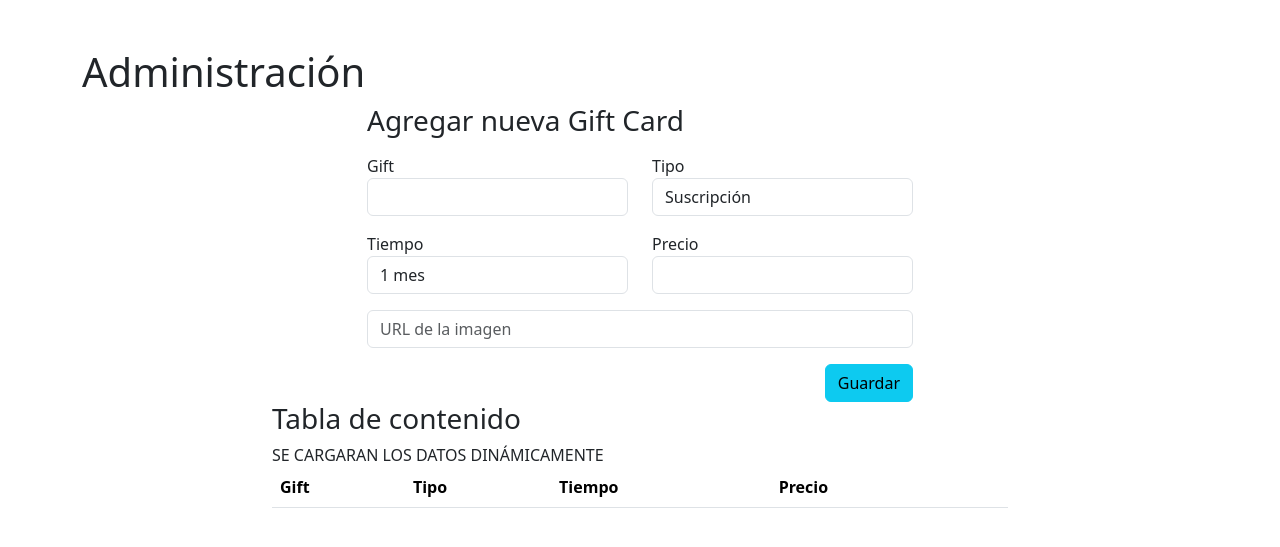
Repository: pedro-donoso/vanilla-js
Page: index.html
An editor plug-in stored every save of this project. The page is shown before and after the next save, followed by the edit.
The browser window is 1280 px wide. The pictures show the whole page.

Above is the page before, as saved 2024-02-04 23:54:46.
Console error: SyntaxError: Unexpected identifier 'assert'

After the next save:
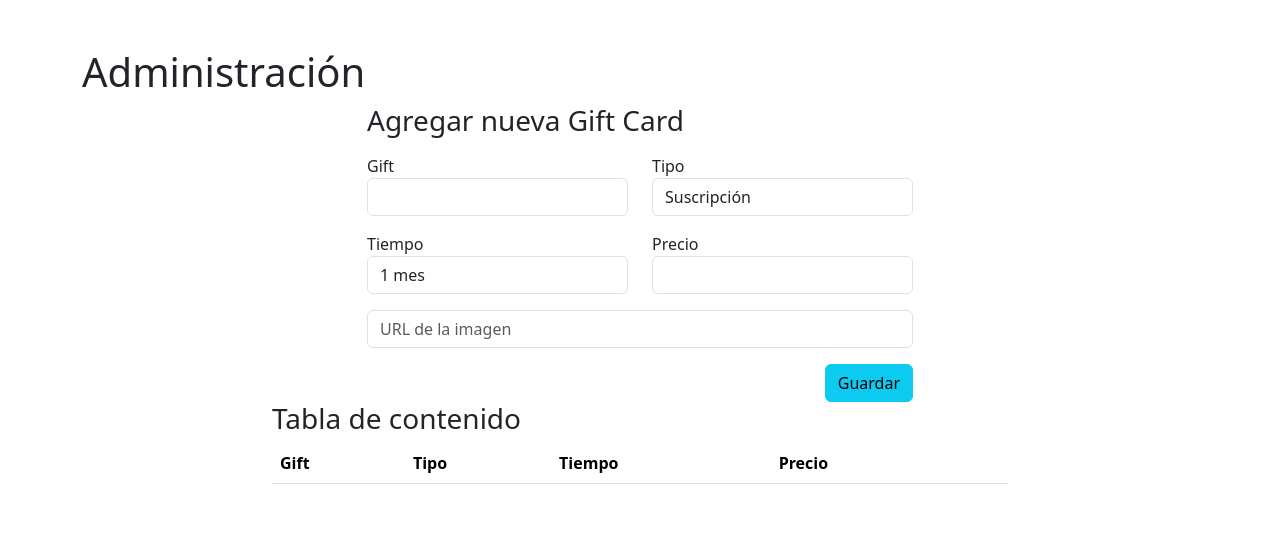
Saved 15 s later.
--- a/index.html
+++ b/index.html
@@ -76,7 +76,7 @@
                             <th></th>
                         </tr>
                     </thead>
-                    SE CARGARAN LOS DATOS DINÁMICAMENTE
+                    <!-- SE CARGARAN LOS DATOS DINÁMICAMENTE -->
                     <tbody id="cuerpo-tabla">
 
                     </tbody>
